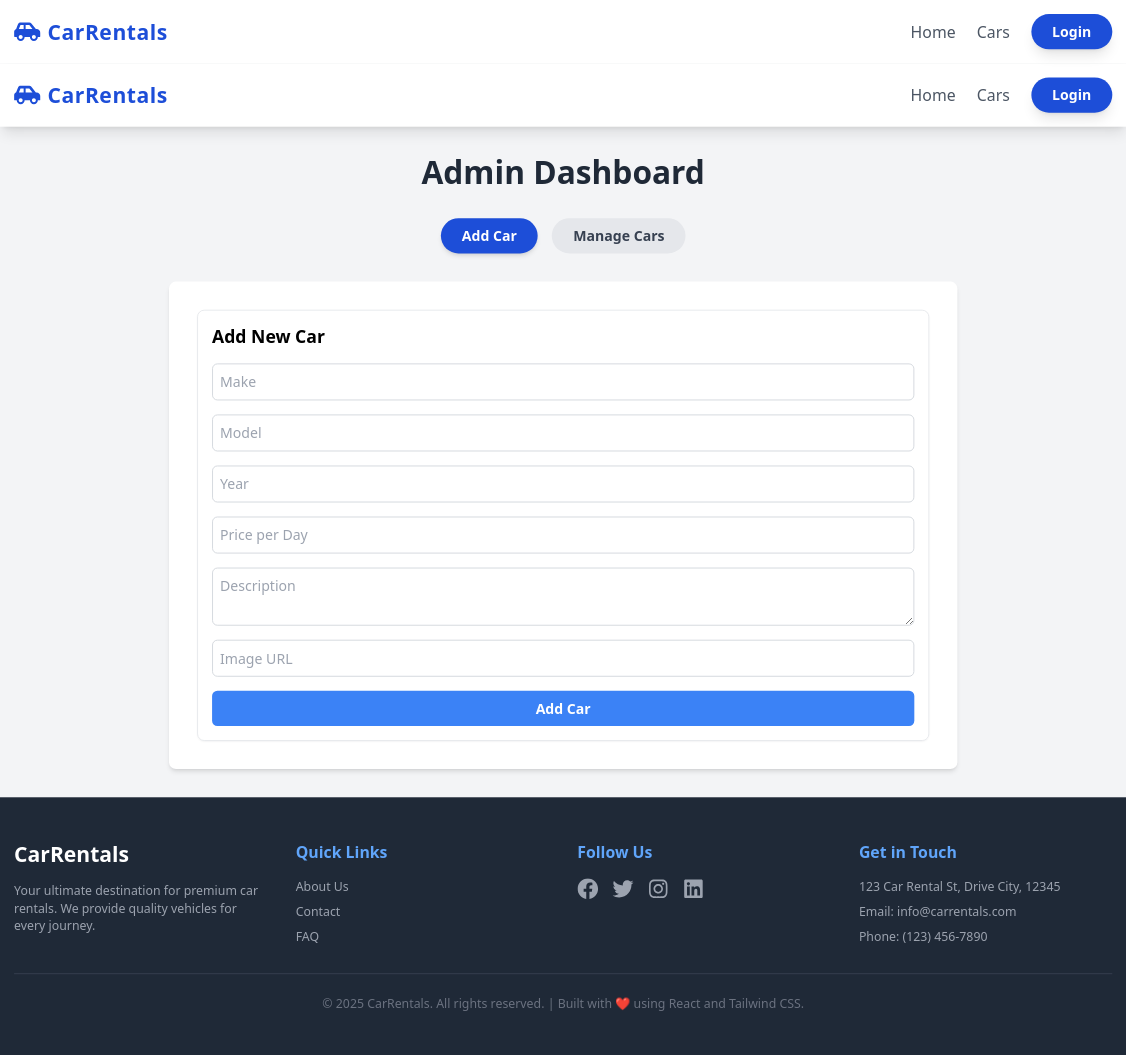
Repository: Daehy-peels/car-rental-app
Page: /admin (app in client/)
An editor plug-in stored every save of this project. The page is shown before and after the next save, followed by the edit.
The browser window is 1280 px wide. The pictures show the whole page, at 88% of full size.
The project was rebuilt for these pictures with package versions that can differ from the ones it lists, and the page was loaded fresh each time. Also part of the build but not shown: client/vite.config.js, client/src/components/Hero.jsx, client/src/components/CarCard.jsx, client/src/services/api.js, client/src/components/FeaturedCars.jsx, client/src/components/Testimonials.jsx, client/src/components/CallToAction.jsx, client/src/components/CarDetail.jsx and 2 more.

Above is the page before, as saved 2025-08-21 21:49:30.

After the next save:
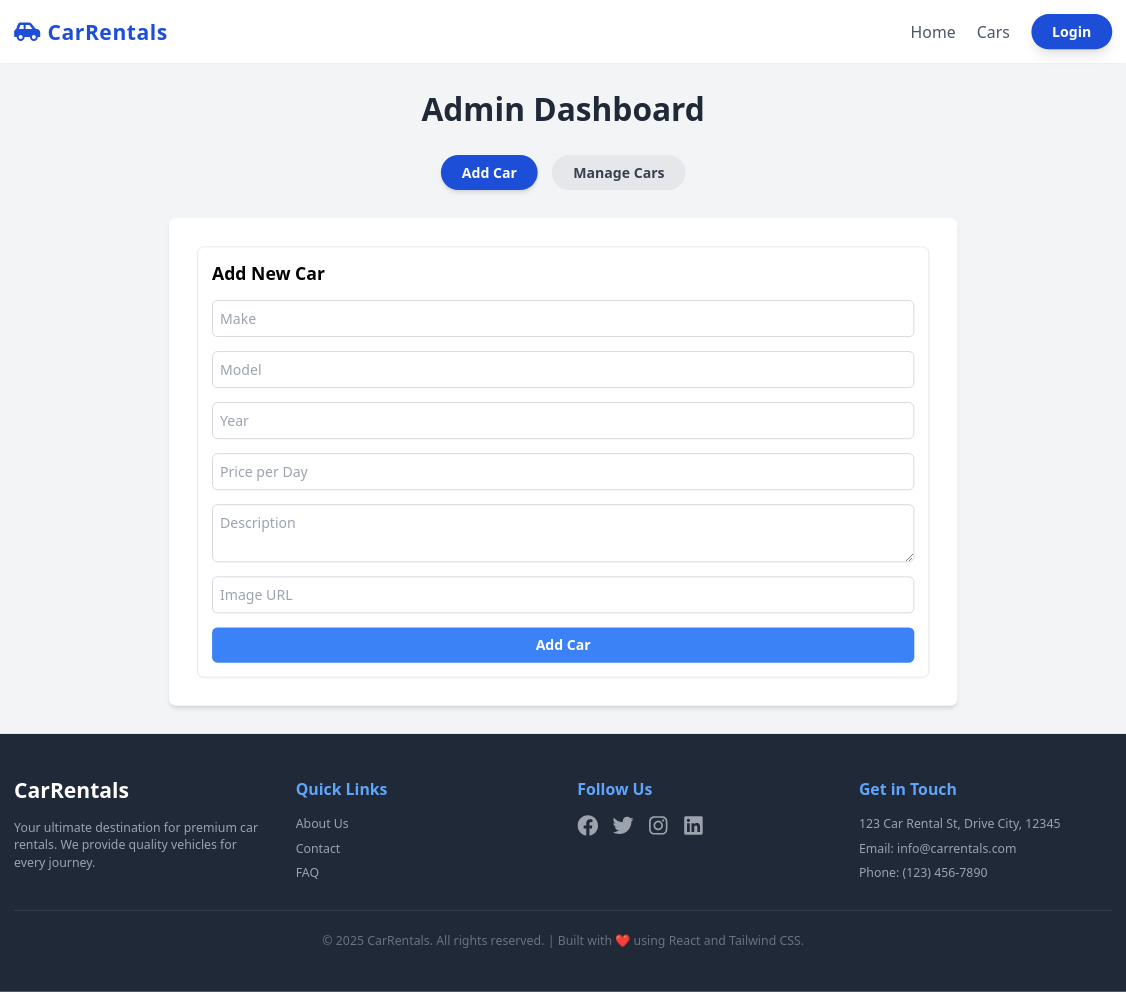
Saved 4 s later.
--- a/client/src/pages/AdminDashboard.jsx
+++ b/client/src/pages/AdminDashboard.jsx
@@ -22,7 +22,6 @@ const AdminDashboard = () => {
 
   return (
     <div className="bg-background min-h-screen">
-      <Navbar />
       <div className="container mx-auto px-4 py-8">
         <h1 className="text-4xl font-bold text-text mb-8 text-center">
           Admin Dashboard
